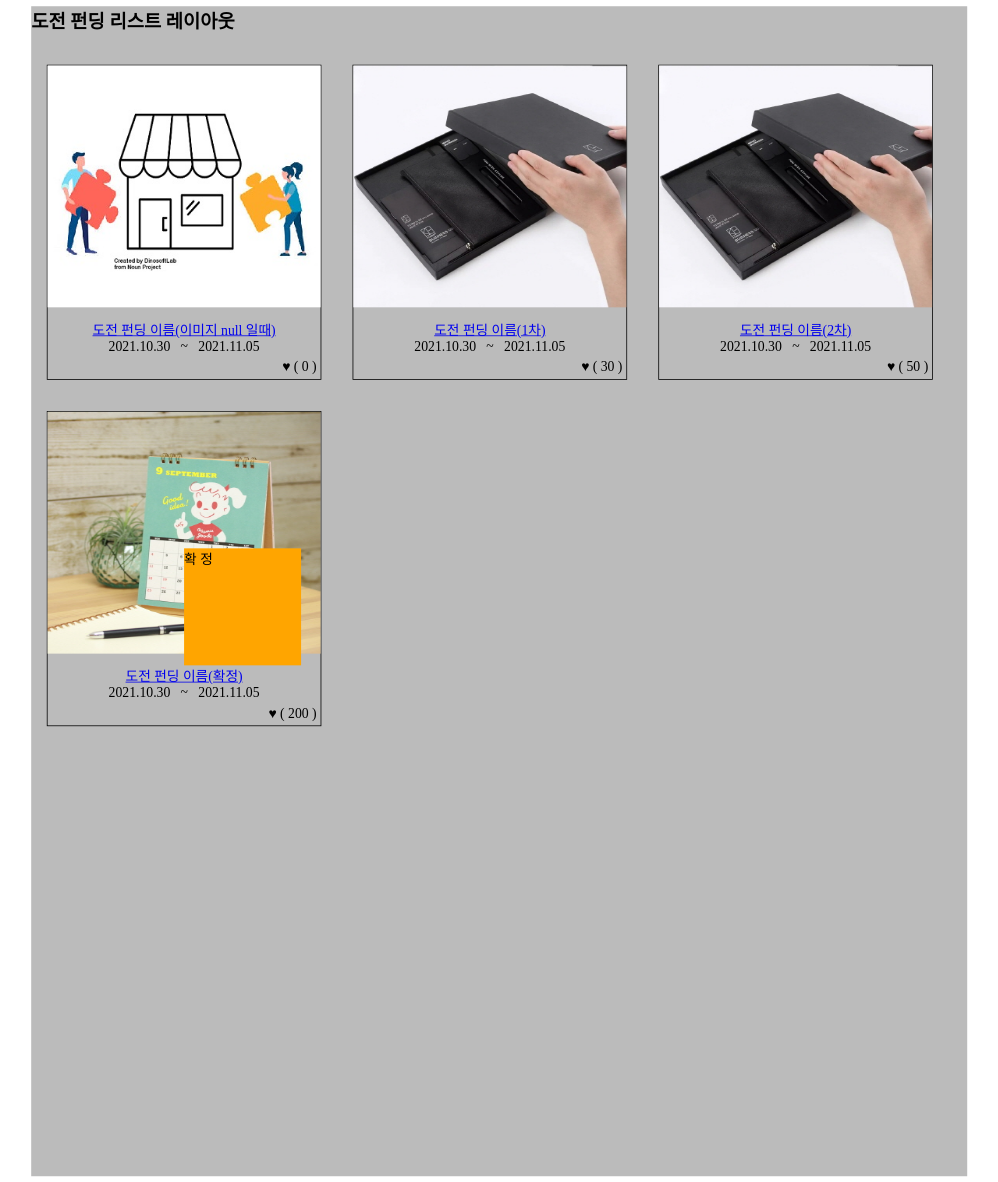
Repository: GroundPark/team6
Page: http://localhost/lefthand/page/product/chal_funding_list.jsp
An editor plug-in stored every save of this project. The page is shown before and after the next save, followed by the edit.
The browser window is 1280 px wide. The pictures show the whole page, at 78% of full size.
The page is served by Tomcat 9. Other server files are loaded and not shown.

Above is the page before, as saved 2021-11-20 17:49:37.

### lefthand/WebContent/page/product/chal_funding_list.jsp
<%@ page language="java" contentType="text/html; charset=UTF-8" pageEncoding="UTF-8"%>


<style>

.chal_funding_contents {
	width:1200px; height:1500px;  margin: 0 auto;
	background-color:#bbbbbb;

}

.chal_funding { position:relative; margin:20px; border:1px black solid; float:left; font-size:1.1em; }

.chal_period { text-align:center; }

.chal_like { float:right; padding:5px; }

.chal_ok {
	position:absolute;	top:175; left:175px;
	width:150px; height:150px; background-color:orange;
	z-index: 1;
	text-align:justify;
}
</style>


<div class="chal_funding_contents">
<h2>도전 펀딩 리스트 레이아웃</h2>
<div class="chal_funding">
	<a href="#"><img src="../challenge/img/chal_info_default.jpg" style="width:350px; height:310px; padding-bottom:15px;" /></a>
	<div style="text-align:center;"><a href="#">도전 펀딩 이름(이미지 null 일때)</a></div>
	<div class="chal_period"> &nbsp; 2021.10.30 &nbsp; ~ &nbsp; 2021.11.05 &nbsp; </div>
	<div class="chal_like"> ♥ ( 0 ) </div>
</div>

<div class="chal_funding">
	<a href="#"><img src="../challenge/userimg/thum_chal_info_2.jpg" style="width:350px; height:310px; padding-bottom:15px;" /></a>
	<div style="text-align:center;"><a href="#">도전 펀딩 이름(1차)</a></div>
	<div class="chal_period"> &nbsp; 2021.10.30 &nbsp; ~ &nbsp; 2021.11.05 &nbsp; </div>
	<div class="chal_like"> ♥ ( 30 ) </div>
</div>

<div class="chal_funding">
	<a href="#"><img src="../challenge/userimg/thum_chal_info_2.jpg" style="width:350px; height:310px; padding-bottom:15px;" /></a>
	<div style="text-align:center;"><a href="#">도전 펀딩 이름(2차)</a></div>
	<div class="chal_period"> &nbsp; 2021.10.30 &nbsp; ~ &nbsp; 2021.11.05 &nbsp; </div>
	<div class="chal_like"> ♥ ( 50 ) </div>
</div>

<div class="chal_funding">
	<a href="#"><img src="../challenge/userimg/thum_chal_info_1.jpg" style="width:350px; height:310px; padding-bottom:15px;" /></a>
	<div class="chal_ok"> 확 정 </div>
	<div style="text-align:center;"><a href="#">도전 펀딩 이름(확정)</a></div>
	<div class="chal_period"> &nbsp; 2021.10.30 &nbsp; ~ &nbsp; 2021.11.05 &nbsp; </div>
	<div class="chal_like"> ♥ ( 200 ) </div>
</div>



</div>

After the next save:
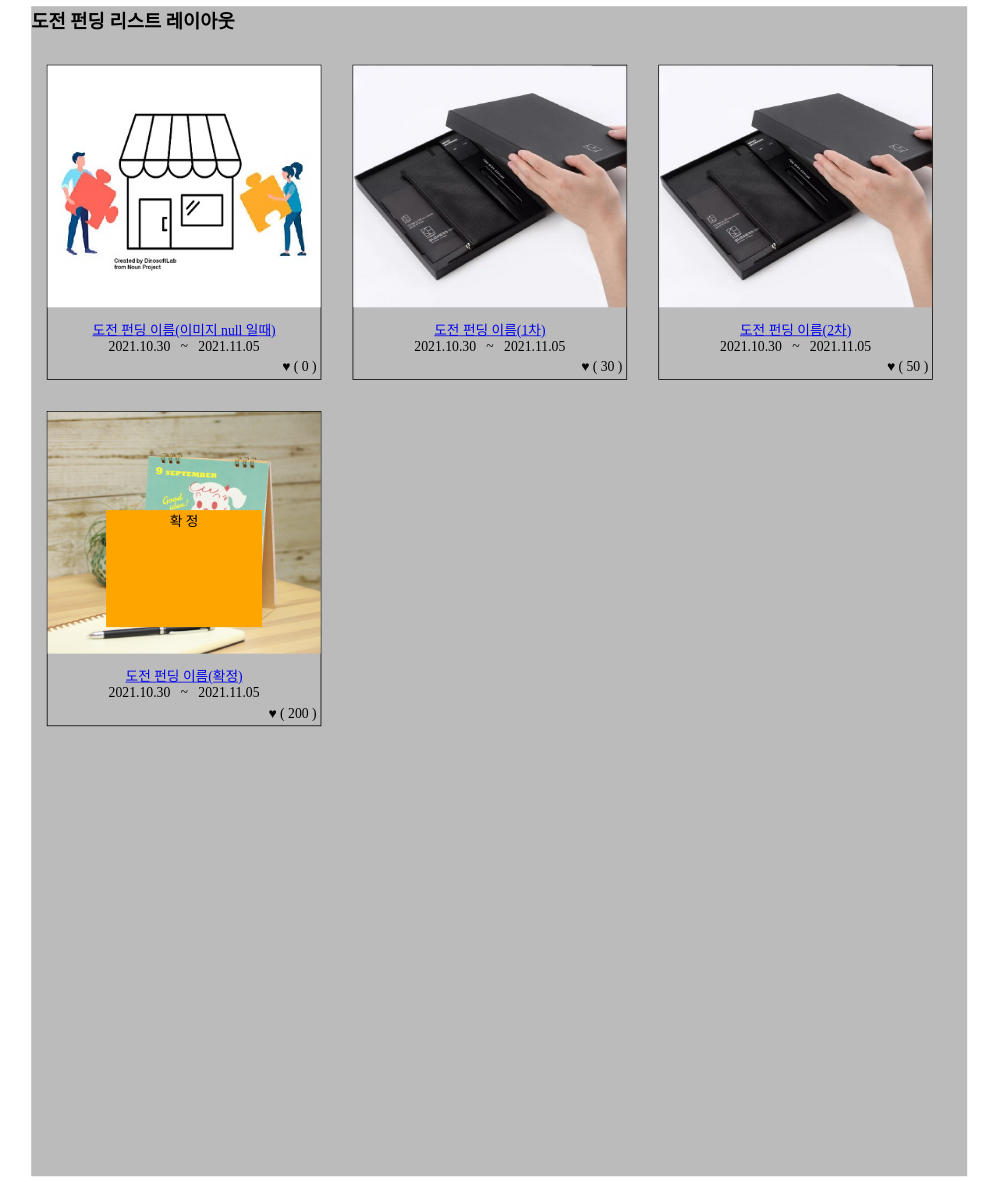
Saved 116 s later.
--- a/lefthand/WebContent/page/product/chal_funding_list.jsp
+++ b/lefthand/WebContent/page/product/chal_funding_list.jsp
@@ -16,10 +16,14 @@
 .chal_like { float:right; padding:5px; }
 
 .chal_ok {
-	position:absolute;	top:175; left:175px;
-	width:150px; height:150px; background-color:orange;
+	position:absolute;
+	top:50%; left:50%;
+	transform:translate(-50%, -50%);
+	width:200px; height:150px; background-color:orange;
 	z-index: 1;
 	text-align:justify;
+	text-align:center;
+	vertical-align:middle;
 }
 </style>
 
